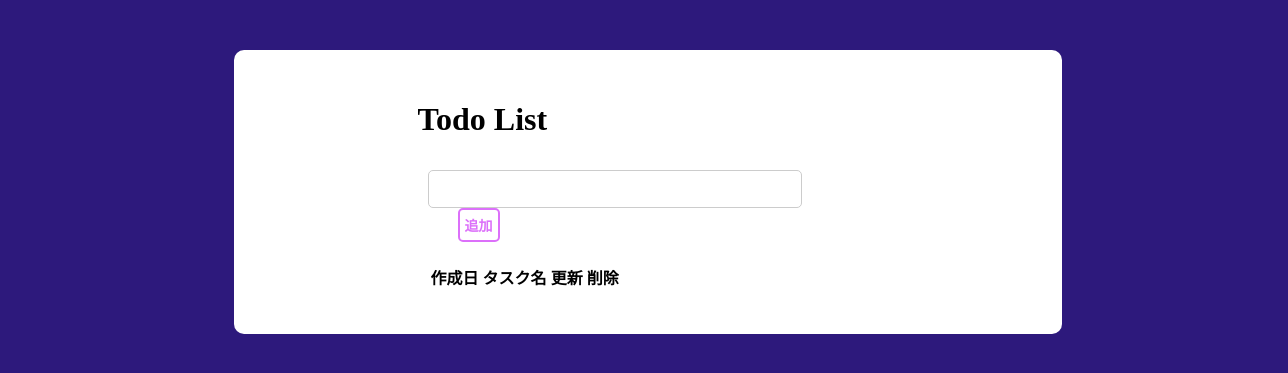
Repository: oninopantsu/20210529onoma
Page: http://localhost/todo/update
An editor plug-in stored every save of this project. The page is shown before and after the next save, followed by the edit.
The browser window is 1280 px wide. The page is 1288 px wide, so the pictures cover 1288 px, including what lies to the right of the window. The pictures show the whole page.
The page is served by the project's Laravel application, run on PHP 8.4 with Laravel 8. Other server files are loaded and not shown. Queries for data that is not in the repository find no rows.

Above is the page before, as saved 2021-06-05 16:31:43.

### routes/web.php
<?php

use App\Http\Controllers\TodoController;
use Illuminate\Support\Facades\Route;

/*
|--------------------------------------------------------------------------
| Web Routes
|--------------------------------------------------------------------------
|
| Here is where you can register web routes for your application. These
| routes are loaded by the RouteServiceProvider within a group which
| contains the "web" middleware group. Now create something great!
|
*/

Route::get('/',[TodoController::class,'index']);
Route::post('/',[TodoController::class,'create']);
Route::get('/todo/create',[TodoController::class,'index']);
Route::post('/todo/create',[TodoController::class,'create']);
Route::post('/todo/update',[TodoController::class,'index']);
Route::get('/todo/update',[TodoController::class,'update']);
Route::post('/todo/delete',[TodoController::class,'index']);
Route::get('/todo/delete',[TodoController::class,'delete']);

### app/Http/Controllers/TodoController.php
<?php

namespace App\Http\Controllers;


use Illuminate\Http\Request;
use Illuminate\Support\Facades\DB;
use App\Models\Todos;


class TodoController extends Controller
{
    public function index(Request $request)
    {
        $items = Todos::all();
        return view('index', ['items' => $items]);
    }
    public function create(Request $request)
    {
        $this->validate($request, Todos::$rules);
        $content = new Todos;
        $form = $request->all();
        unset($form['_token_']);
        $content->timestamps = false;
        $content->fill($form)->save();

        $items = Todos::all();
        return view('index', ['items' => $items]);
    }
    public function update(Request $request)
    {
        $items = Todos::all();
        return view('index', ['items' => $items]);
    }
    public function delete(Request $request)
    {
        $items = Todos::all();
        return view('index', ['items' => $items]);
    }
}

### app/Models/Todos.php
<?php

namespace App\Models;

use Illuminate\Database\Eloquent\Factories\HasFactory;
use Illuminate\Database\Eloquent\Model;
use Illuminate\Testing\Fluent\Concerns\Has;

class Todos extends Model
{
    use HasFactory;
    protected $guarded = array('id');
    public static $rules = array(
        'content' => 'required'
    );
    public function todos(){
        return $this->hasOne('App\Models\Todos');
    }
    public function getData()
    {
        return $this->id.':'.'('.$this->created_at.')' .$this->content;

    }

}

### resources/views/index.blade.php
<!DOCTYPE html>
<html lang="en">

<head>
  <meta charset="UTF-8">
  <meta http-equiv="X-UA-Compatible" content="IE=edge">
  <meta name="viewport" content="width=device-width, initial-scale=1.0">
  <title>@yield('title')</title>
  <style>
    body {
      background-color: #2d197c;
      width: 100%;
    }


    .todolist {
      margin: 50px auto;
      padding: 30px;
      width: 60%;
      background-color: #fff;
      color: #bbb;
      border-radius: 10px;
    }

    h1 {
      font-size: 32px;
      color: black;
    }

    .list__card {
      width: 60%;
      margin: 0 auto;
    }

    p {
      color: black;
      font-size: 12px;
    }

    .list {
      text-align: left;
      width: 80%;
      padding: 10px;
    }

    .submit {
      color: #dc70fa;
      border: 2px solid #dc70fa;
      background-color: #fff;
      font-weight: bold;
      margin-left: 30px;
      padding: 5px;
      cursor: pointer;
      transition: 0.4s;
    }

    .submit:hover {
      background-color: #dc70fa;
      color: #fff;
    }

    th {
      font-size: 16px;
      color: black;
    }

    td {
      padding-left: 50px;
    }

    table {
      display: flex;
      justify-content: space-between;
      flex-direction: column;
      padding: 10px;
    }

    form {
      padding: 10px;
    }

    input {
      border-radius: 5px;
      border: 1px solid #ccc;
      font-size: 14px;
    }



    .button__update {
      border: 2px solid #fa9770;
      color: #fa9770;
      background-color: #fff;
      font-weight: bold;
      font-size: 12px;
      cursor: pointer;
      border-radius: 5px;
      padding: 5px 10px;
      transition: 0.4s;
    }

    .button__update:hover {
      background-color: #fa9770;
      color: #fff;
    }

    .button__delete {
      border: 2px solid #71fadc;
      color: #71fadc;
      background-color: #fff;
      font-weight: bold;
      font-size: 12px;
      border-radius: 10px;
      cursor: pointer;
      border-radius: 5px;
      padding: 5px 10px;
      transition: 0.4s;
    }

    .button__delete:hover {
      background-color: #71fadc;
      color: #fff;
    }
  </style>
</head>

<body>


  <div class="todolist">
    <div class="list__card">
      <h1>Todo List</h1>

      @if (count($errors) > 0)
      <ul>
        @foreach ($errors->all() as $error)
        <li>
          {{$error}}
        </li>
        @endforeach
      </ul>
      @endif

      <form action="/todo/create" method="post">
        @csrf
        <input class='list' type="text" name="content" value="">
        <input class='submit' type="submit" value="追加">
      </form>
      <table>
        <tr>
          <th>作成日</th>
          <th>タスク名</th>
          <th>更新</th>
          <th>削除</th>
        </tr>
        <tr>
          @foreach($items as $item)
          <form action="/todo/create" method="POST">
            <td>
              <p>{{$item->created_at}}</p>
            </td>
            <td>
              <input type="text" name="content" value="{{$item->content}}">

            </td>
          </form>
          <td>
            <form action="/todo/update" method="POST">
              <button class="button__update">更新</button>
            </form>
          </td>
          <td>
            <form action="/todo/delete" method="post">
              <button class="button__delete">削除</button>
            </form>
          </td>

        </tr>
        @endforeach
      </table>
      </form>
    </div>

  </div>

</body>

</html>

Loaded but not shown: app/Http/Controllers/Controller.php (common file)

After the next save:
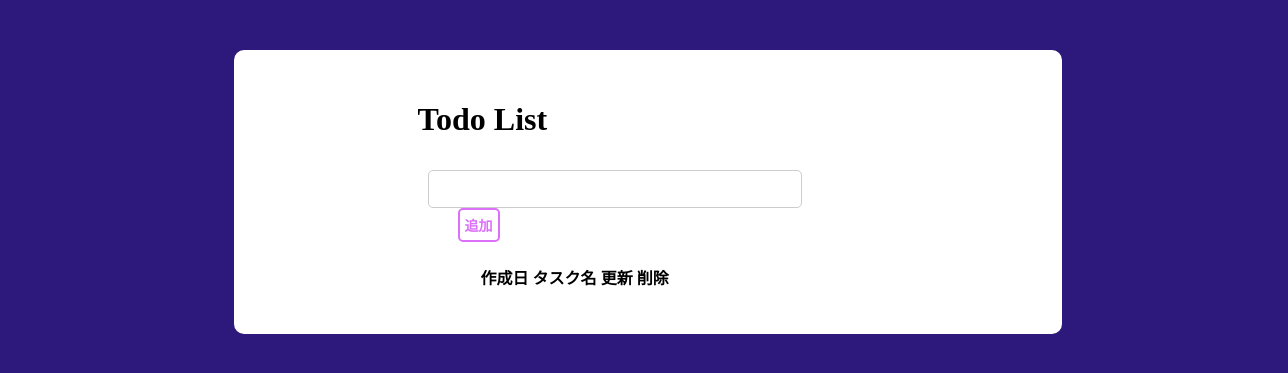
Saved 3 s later.
--- a/resources/views/index.blade.php
+++ b/resources/views/index.blade.php
@@ -64,7 +64,7 @@
       color: black;
     }
 
-    td {
+    tbody {
       padding-left: 50px;
     }
 
